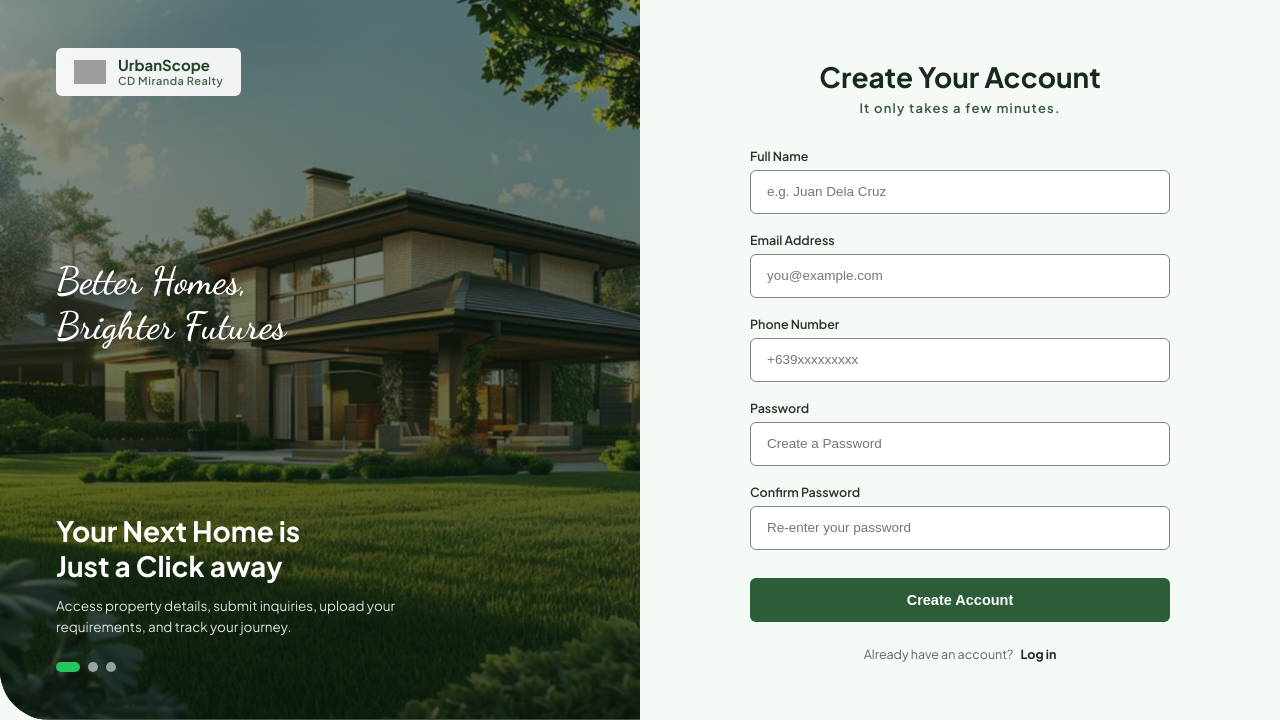
Repository: Gianeuz/CD-Miranda
Page: login/register.html
These files come from the project's save history. The page is drawn as it stood at one moment and after a run of saves; the edit follows.
The browser window is 1280 px wide. The pictures show the whole page.
Pictures or frames that could not be fetched are drawn as grey boxes.

Above is the page before, as saved 2026-09-25 00:34:41.

### login/register.html
<!DOCTYPE html>
<html lang="en">
<head>
    <meta charset="UTF-8">
    <meta name="viewport" content="width=device-width, initial-scale=1.0">
    <link rel="icon" href="favicon.jpg" type="image/x-icon">
    <link rel="stylesheet" href="login.css">
    <title>Create Your Account - UrbanScope</title>
</head>
<body>

    <div class="main-container">

        <!-- LEFT PANEL: Image, Branding & Showcase -->
        <div class="showcase-panel">
            <img src="Urban.jpg" alt="UrbanScope Property" class="showcase-img" id="slideImage">
            <div class="overlay"></div>

            <div class="showcase-header">
                <div class="brand-badge">
                    <img src="logo.jpg" alt="Logo" class="logo-icon" onerror="this.style.display='none'">
                    <div class="brand-text">
                        <h1>UrbanScope</h1>
                        <h2>CD Miranda Realty</h2>
                    </div>
                </div>
            </div>

            <div class="cursive-tagline">
                Better Homes,<br>Brighter Futures
            </div>

            <div class="showcase-caption">
                <h2 id="slideTitle">Your Next Home is<br>Just a Click away</h2>
                <p id="slideDesc">Access property details, submit inquiries, upload your requirements, and track your journey.</p>

                <div class="dots-container">
                    <button class="dot active" type="button" aria-label="Slide 1"></button>
                    <button class="dot" type="button" aria-label="Slide 2"></button>
                    <button class="dot" type="button" aria-label="Slide 3"></button>
                </div>
            </div>
        </div>

        <!-- RIGHT PANEL: Register Form -->
        <div class="form-panel">
            <div class="form-wrapper">

                <div class="welcome-header">
                    <h1>Create Your Account</h1>
                    <p>It only takes a few minutes.</p>
                </div>

                <form action="register.php" method="POST" class="auth-form">
                    <div class="form-group">
                        <label for="fullname">Full Name</label>
                        <div class="input-box">
                            <input type="text" id="fullname" name="fullname" placeholder="e.g. Juan Dela Cruz" required>
                        </div>
                    </div>

                    <div class="form-group">
                        <label for="email">Email Address</label>
                        <div class="input-box">
                            <input type="email" id="email" name="email" placeholder="you@example.com" required>
                        </div>
                    </div>

                    <div class="form-group">
                        <label for="phone">Phone Number</label>
                        <div class="input-box">
                            <input type="tel" id="phone" name="phone" placeholder="+639xxxxxxxxx" required>
                        </div>
                    </div>

                    <div class="form-group">
                        <label for="password">Password</label>
                        <div class="input-box">
                            <input type="password" id="password" name="password" placeholder="Create a Password" required>
                        </div>
                    </div>

                    <div class="form-group">
                        <label for="confirm_password">Confirm Password</label>
                        <div class="input-box">
                            <input type="password" id="confirm_password" name="confirm_password" placeholder="Re-enter your password" required>
                        </div>
                    </div>

                    <button type="submit" class="btn-submit" style="margin-top: 10px;">Create Account</button>
                </form>

                <div class="register-prompt" style="margin-top: 24px;">
                    <span>Already have an account?</span>
                    <a href="login.html">Log in</a>
                </div>

            </div>
        </div>

    </div>

</body>
</html>

### login/login.css
@import url('https://fonts.googleapis.com/css2?family=Dancing+Script:wght@600&family=Plus+Jakarta+Sans:wght@400;500;600;700&display=swap');

:root {
    --brand-dark-green: #204329;
    --brand-primary-green: #2d5c39;
    --brand-hover-green: #23492d;
    --bg-tint: #f6faf6;
    --border-color: #798a7c;
    --text-primary: #172b1d;
    --text-secondary: #58695d;
    --text-muted: #7d8e81;
}

* {
    margin: 0;
    padding: 0;
    box-sizing: border-box;
}

html, body {
    width: 100%;
    height: 100%;
    overflow-x: hidden;
}

body {
    font-family: 'Plus Jakarta Sans', sans-serif;
    color: var(--text-primary);
    background-color: var(--bg-tint);
}

/* Fullscreen Edge-to-Edge Container */
.main-container {
    display: flex;
    width: 100vw;
    min-height: 100vh;
    border-radius: 0;
    box-shadow: none;
    overflow: hidden;
}

/* Left Showcase Panel - 50% Full Screen */
.showcase-panel {
    position: relative;
    width: 50%;
    min-height: 100vh;
    background-color: #17241a;
    display: flex;
    flex-direction: column;
    justify-content: space-between;
    padding: 48px 56px;
    overflow: hidden;
    border-end-start-radius: 50px;
}

.showcase-img {
    position: absolute;
    inset: 0;
    width: 100%;
    height: 100%;
    object-fit: cover;
    z-index: 0;
}

.overlay {
    position: absolute;
    inset: 0;
    background: linear-gradient(180deg, rgba(15, 33, 20, 0.45) 0%, rgba(10, 24, 14, 0.75) 100%);
    z-index: 1;
}

.showcase-header,
.cursive-tagline,
.showcase-caption {
    position: relative;
    z-index: 2;
}

/* Brand badge in upper left */
.brand-badge {
    display: inline-flex;
    align-items: center;
    gap: 12px;
    background: rgba(255, 255, 255, 0.92);
    padding: 8px 18px;
    border-radius: 6px;
    backdrop-filter: blur(6px);
}

.logo-icon {
    width: 32px;
    height: 32px;
    object-fit: contain;
}

.brand-text h1 {
    font-size: 15px;
    font-weight: 700;
    color: var(--brand-dark-green);
    line-height: 1.1;
}

.brand-text h2 {
    font-size: 11px;
    font-weight: 600;
    color: #4a6750;
    letter-spacing: 0.5px;
}

/* Middle Cursive Tagline */
.cursive-tagline {
    font-family: 'Dancing Script', cursive;
    font-size: 38px;
    line-height: 1.2;
    color: #ffffff;
    text-shadow: 0 2px 10px rgba(0, 0, 0, 0.55);
}

/* Showcase Lower Text & Dots */
.showcase-caption h2 {
    color: #ffffff;
    font-size: 28px;
    font-weight: 700;
    line-height: 1.25;
    margin-bottom: 12px;
}

.showcase-caption p {
    color: rgba(240, 248, 242, 0.9);
    font-size: 13.5px;
    line-height: 1.6;
    max-width: 420px;
    margin-bottom: 24px;
}

.dots-container {
    display: flex;
    gap: 8px;
}

.dot {
    width: 10px;
    height: 10px;
    border-radius: 50%;
    border: none;
    background-color: rgba(255, 255, 255, 0.55);
    cursor: pointer;
    transition: all 0.25s ease;
}

.dot.active {
    background-color: #22c55e;
    width: 24px;
    border-radius: 10px;
}

/* Right Form Panel - 50% Full Screen */
.form-panel {
    flex: 1;
    width: 50%;
    min-height: 100vh;
    background-color: var(--bg-tint);
    display: flex;
    align-items: center;
    justify-content: center;
    padding: 48px;
}

.form-wrapper {
    width: 100%;
    max-width: 420px;
}

.welcome-header {
    text-align: center;
    margin-bottom: 32px;
}

.welcome-header h1 {
    font-size: 28px;
    font-weight: 700;
    color: var(--text-primary);
}

.welcome-header p {
    font-size: 13px;
    font-weight: 600;
    letter-spacing: 1.2px;
    color: #385740;
    margin-top: 6px;
}

/* Forms & Inputs */
.auth-form {
    display: flex;
    flex-direction: column;
    gap: 18px;
}

.form-group label {
    display: block;
    font-size: 12.5px;
    font-weight: 600;
    color: #273629;
    margin-bottom: 6px;
}

.input-box input {
    width: 100%;
    height: 44px;
    padding: 0 16px;
    border: 1px solid var(--border-color);
    border-radius: 6px;
    background-color: #ffffff;
    font-size: 13.5px;
    color: var(--text-primary);
    outline: none;
    transition: border-color 0.2s, box-shadow 0.2s;
}

.input-box input:focus {
    border-color: var(--brand-primary-green);
    box-shadow: 0 0 0 3px rgba(45, 92, 57, 0.15);
}

.form-options {
    display: flex;
    justify-content: space-between;
    align-items: center;
    font-size: 12.5px;
}

.remember-label {
    display: flex;
    align-items: center;
    gap: 7px;
    cursor: pointer;
    color: var(--text-secondary);
}

.remember-label input {
    accent-color: var(--brand-primary-green);
}

.forgot-link {
    text-decoration: none;
    color: var(--text-secondary);
    font-size: 12.5px;
}

.forgot-link:hover {
    text-decoration: underline;
}

.btn-submit {
    width: 100%;
    height: 44px;
    background-color: var(--brand-primary-green);
    color: #ffffff;
    border: none;
    border-radius: 6px;
    font-size: 14.5px;
    font-weight: 600;
    cursor: pointer;
    margin-top: 6px;
    transition: background-color 0.2s ease;
}

.btn-submit:hover {
    background-color: var(--brand-hover-green);
}

/* Divider & Social Login */
.divider {
    position: relative;
    text-align: center;
    margin: 22px 0;
}

.divider::before {
    content: '';
    position: absolute;
    left: 0;
    top: 50%;
    width: 100%;
    height: 1px;
    background-color: #c9d8cc;
}

.divider span {
    position: relative;
    background-color: var(--bg-tint);
    padding: 0 14px;
    font-size: 12px;
    color: var(--text-muted);
}

.btn-google {
    width: 100%;
    height: 44px;
    display: flex;
    align-items: center;
    justify-content: center;
    gap: 12px;
    background-color: #ffffff;
    border: 1px solid #7c8e80;
    border-radius: 6px;
    font-size: 13.5px;
    font-weight: 600;
    color: #283a2d;
    cursor: pointer;
    transition: background-color 0.2s ease;
}

.btn-google:hover {
    background-color: #edf4ee;
}

.register-prompt {
    margin-top: 24px;
    text-align: center;
    font-size: 12.5px;
    color: var(--text-secondary);
}

.register-prompt a {
    text-decoration: none;
    color: var(--text-primary);
    font-weight: 700;
    margin-left: 5px;
}

.register-prompt a:hover {
    text-decoration: underline;
}

/* Mobile & Tablet Responsiveness */
@media (max-width: 900px) {
    .main-container {
        flex-direction: column;
        min-height: 100vh;
    }

    .showcase-panel {
        width: 100%;
        min-height: 380px;
        padding: 32px 24px;
    }

    .cursive-tagline {
        font-size: 30px;
        margin: 20px 0;
    }

    .form-panel {
        width: 100%;
        min-height: auto;
        padding: 40px 24px;
    }
}

After the next 3 saves:
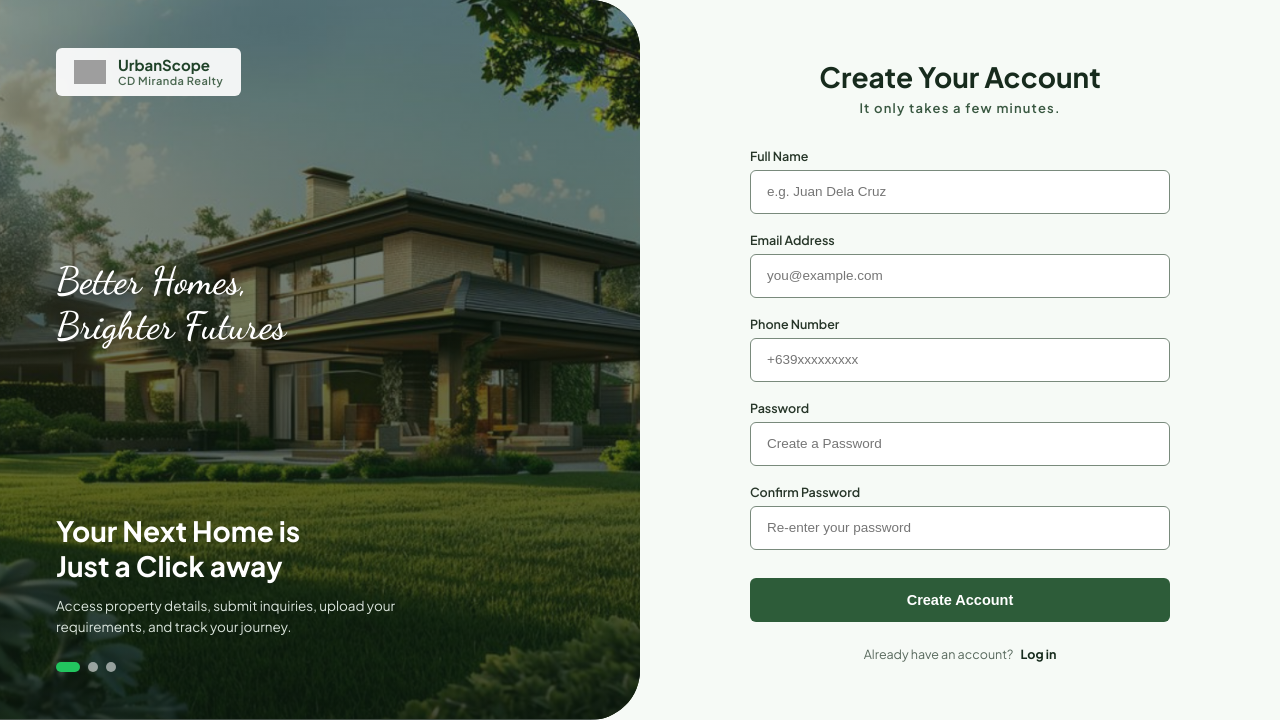
The 3 saves are shown as one change because they came seconds apart.
The last was saved 28 s later.
--- a/login/login.css
+++ b/login/login.css
@@ -50,7 +50,8 @@ body {
     justify-content: space-between;
     padding: 48px 56px;
     overflow: hidden;
-    border-end-start-radius: 50px;
+    border-top-right-radius: 50px;
+    border-bottom-right-radius: 50px;
 }
 
 .showcase-img {
